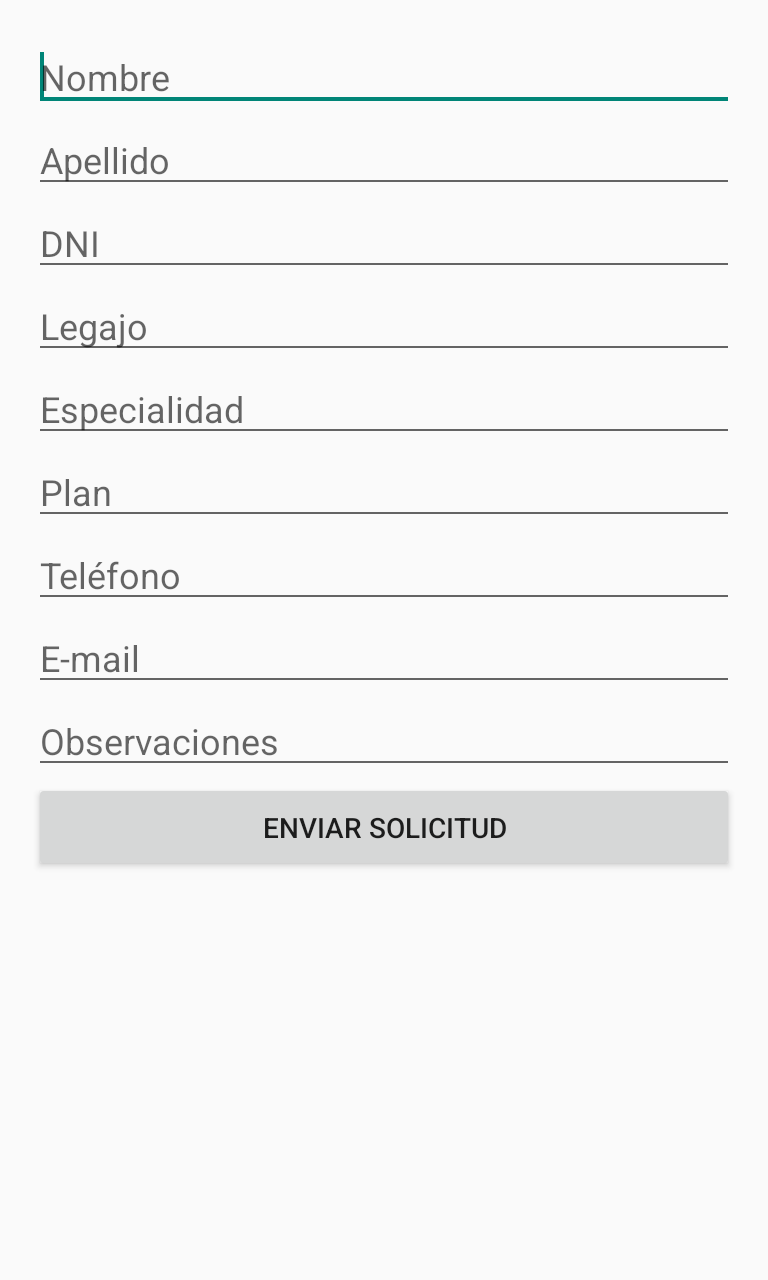
Repository: juanpablobono/Sysacadalumnos
Layout: Sysacad/res/layout/activity_tramite_cambio_especialidad.xml
The author's editor kept a copy of each file at every save. The layout is drawn from the files as they stood at one save, then again after the next save.
It is drawn on a 768 x 1280 px phone screen (xhdpi) without system bars, with theme temaSysacad; the app's code is not run.

Above is the layout before, as saved 2014-07-03 19:39:45.

### Sysacad/res/layout/activity_tramite_cambio_especialidad.xml
<RelativeLayout xmlns:android="http://schemas.android.com/apk/res/android"
    xmlns:tools="http://schemas.android.com/tools"
    android:layout_width="match_parent"
    android:layout_height="match_parent"
    android:paddingBottom="@dimen/activity_vertical_margin"
    android:paddingLeft="@dimen/activity_horizontal_margin"
    android:paddingRight="@dimen/activity_horizontal_margin"
    android:paddingTop="@dimen/activity_vertical_margin"
    tools:context=".TramiteCambioEspecialidad" >

    <ScrollView
               android:id="@+id/scrollView1"
               android:layout_width="fill_parent"
               android:layout_height="fill_parent"
               android:layout_alignParentTop="true" >

        <RelativeLayout
            android:layout_width="fill_parent"
            android:layout_height="fill_parent" >

            <EditText
                android:id="@+id/textNombre"
                android:layout_width="fill_parent"
                android:layout_height="wrap_content"
                android:layout_weight="1"
                android:layout_alignParentTop="true"
                android:ems="10"
                android:imeOptions="actionNext"
                android:hint="@string/nombre" >

                <requestFocus />
            </EditText>

            <EditText
                android:id="@+id/textApellido"
                android:layout_width="fill_parent"
                android:layout_height="wrap_content"
                android:layout_weight="1"
                android:layout_below="@+id/textNombre"
                android:ems="10"
                android:imeOptions="actionNext"
                android:hint="@string/apellido"
                android:inputType="text" />

            <EditText
                android:id="@+id/textDni"
                android:layout_width="fill_parent"
                android:layout_height="wrap_content"
                android:layout_weight="1"
                android:layout_below="@+id/textApellido"
                android:ems="10"
                android:imeOptions="actionNext"
                android:hint="@string/dni"
                android:inputType="number" />

            <EditText
                android:id="@+id/textLegajo"
                android:layout_width="fill_parent"
                android:layout_height="wrap_content"
                android:layout_weight="1"
				android:layout_below="@+id/textDni"
                android:ems="10"
                android:imeOptions="actionNext"
                android:hint="@string/legajo"
                android:inputType="number" />

            <EditText
                android:id="@+id/textEspecialidad"
                android:layout_width="fill_parent"
                android:layout_height="wrap_content"
                android:layout_weight="1"
                android:layout_below="@+id/textLegajo"
                android:ems="10"
                android:imeOptions="actionNext"
                android:inputType="text"
                android:hint="@string/especialidad" />

            <EditText
                android:id="@+id/textPlan"
                android:layout_width="fill_parent"
                android:layout_height="wrap_content"
                android:layout_weight="1"
                android:layout_below="@+id/textEspecialidad"
                android:ems="10"
                android:imeOptions="actionNext"
                android:hint="@string/plan"
                android:inputType="number" />

            <EditText
                android:id="@+id/textAsignaturas"
                android:layout_width="fill_parent"
                android:layout_height="wrap_content"
                android:layout_weight="1"
                android:layout_below="@+id/textPlan"
                android:inputType="number"
                android:ems="10"
                android:imeOptions="actionNext"
                android:hint="@string/telefono" />

            <EditText
                android:id="@+id/textEmail"
                android:layout_width="fill_parent"
                android:layout_height="wrap_content"
                android:layout_weight="1"
                android:layout_below="@+id/textAsignaturas"
                android:inputType="textEmailAddress"
                android:ems="10"
                android:imeOptions="actionNext"
                android:hint="@string/email" />

            <EditText
                android:id="@+id/textObservaciones"
                android:layout_width="fill_parent"
                android:layout_height="wrap_content"
                android:layout_weight="3"
                android:layout_below="@+id/textEmail"
                android:ems="10"
                android:hint="@string/observaciones" />

            <Button
                android:id="@+id/buttonEnviar"
                android:layout_width="fill_parent"
                android:layout_height="wrap_content"
                android:layout_below="@+id/textObservaciones"
                android:layout_weight="1"
                android:text="@string/enviarSolicitud" />

            </RelativeLayout>
            </ScrollView>

</RelativeLayout>

### Sysacad/res/values/styles.xml
<resources xmlns:android="http://schemas.android.com/apk/res/android">

    <!--
        Base application theme, dependent on API level. This theme is replaced
        by AppBaseTheme from res/values-vXX/styles.xml on newer devices.

         <item name="android:background">@color/background_activities</item>
    -->

    <!-- the theme applied to the application or activity -->

    <style name="temaSysacad" parent="@style/Theme.AppCompat.Light.DarkActionBar">

    </style>

</resources>

### Sysacad/res/values/dimens.xml
<resources>

    <!-- Default screen margins, per the Android Design guidelines. -->
    <dimen name="activity_horizontal_margin">16dp</dimen>
    <dimen name="activity_vertical_margin">16dp</dimen>
    <dimen name="activity_small_padding">4dp</dimen>
    <dimen name="textView_version">25dp</dimen>
    <dimen name="tamanio_texto_descripcion">12dip</dimen>
    <dimen name="tamanio_texto_titulo">14dip</dimen>

</resources>

### Sysacad/res/values/strings.xml
<?xml version="1.0" encoding="utf-8"?>
<resources>

    <string name="app_name">SYSACAD</string>
    <string name="action_settings">Settings</string>

    <string name="title_activity_login">Identificación</string>
    <string name="title_activity_notificaciones">Notificaciones</string>
    <string name="title_activity_datos_personales">Datos personales</string>
    <string name="title_activity_calendario">Calendario</string>
    <string name="title_activity_consultas">Consultas</string>
    <string name="title_activity_informacion_extra">Información extra</string>
    <string name="title_activity_tramites">Trámites</string>
    <string name="title_activity_solicitar_certificados">Solicitar certificados</string>
    <string name="title_activity_notas_parciales">Notas de parciales</string>
    <string name="title_activity_inscripcion_examen">Inscripción a examen</string>
    <string name="title_activity_inscripcion_cursado">Inscripción a cursado</string>
    <string name="title_activity_actividades_tramites">Trámites</string>
    <string name="title_activity_actividades_tramites_titulo">Título profesional</string>
    <string name="title_activity_tramite_cambio_especialidad">Cambio de especialidad</string>
    <string name="title_activity_tramite_pase_facultad">Pase a otra facultad</string>
    <string name="title_activity_tramite_titulo_profesional">Título profesional</string>
    <string name="title_activity_configuracion">Configuración</string>
    <string name="title_activity_solicitar_certificado">Solicitar certificados</string>
    <string name="title_activity_tramite_mesa_examen">Mesa especial de examen</string>

    <string name="nombre">Nombre</string>
    <string name="apellido">Apellido</string>
    <string name="dni">DNI</string>
    <string name="contrasenia">Contraseña</string>
    <string name="legajo">Legajo</string>
    <string name="especialidad">Especialidad</string>
    <string name="plan">Plan</string>
    <string name="asignatura">Asignatura/s</string>
    <string name="telefono">Teléfono</string>
    <string name="email">E-mail</string>

    <string name="observaciones">Observaciones</string>
    <string name="enviarSolicitud">Enviar solicitud</string>
    <string name="tituloSolicitado">Título solicitado</string>
    <string name="lugarNacimiento">Lugar de nacimiento</string>
    <string name="fechaNacimiento">Fecha de nacimiento (DD/MM/AAAA)</string>
    <string name="domicilio">Domicilio</string>
    <string name="especialidadDestino">Especialidad destino</string>
    <string name="facultadDestino">Facultad destino</string>
    <string name="razonesPase">Razones del pase</string>
    <string name="curso">Curso</string>
    <string name="entidad">Ante quien se presenta</string>
    <string name="enviar">Enviar</string>
    <string name="guardar">Guardar</string>
    <string name="sincronizar">Sincronizar</string>
    <string name="ingresar">Ingresar</string>
    <string name="aceptar">Aceptar</string>
    <string name="cursado">Inicio y fin de cuatrimestres</string>
    <string name="cursadoPrimero">Inicio y fin de cuatrimestres (Primer año)</string>
    <string name="feriados">Feriados</string>
    <string name="recesos">Recesos</string>
    <string name="finales">Exámenes finales</string>
	<string name="primer_nivel">1º Nivel</string>
	<string name="segundo_nivel">2º Nivel</string>
	<string name="tercer_nivel">3º Nivel</string>
	<string name="cuarto_nivel">4º Nivel</string>
	<string name="quinto_nivel">5º Nivel</string>
	<string name="sexto_nivel">6º Nivel</string>
	<string name="cancelar">Cancelar</string>

	<string name="datos_personales">Datos personales</string>
	<string name="notificaciones">Notificaciones</string>
	<string name="version">Versión 1.0</string>
	<string name="ingresando">Ingresando...</string>

	<string name="cargando">Cargando notificaciones...</string>
</resources>

After the next save:
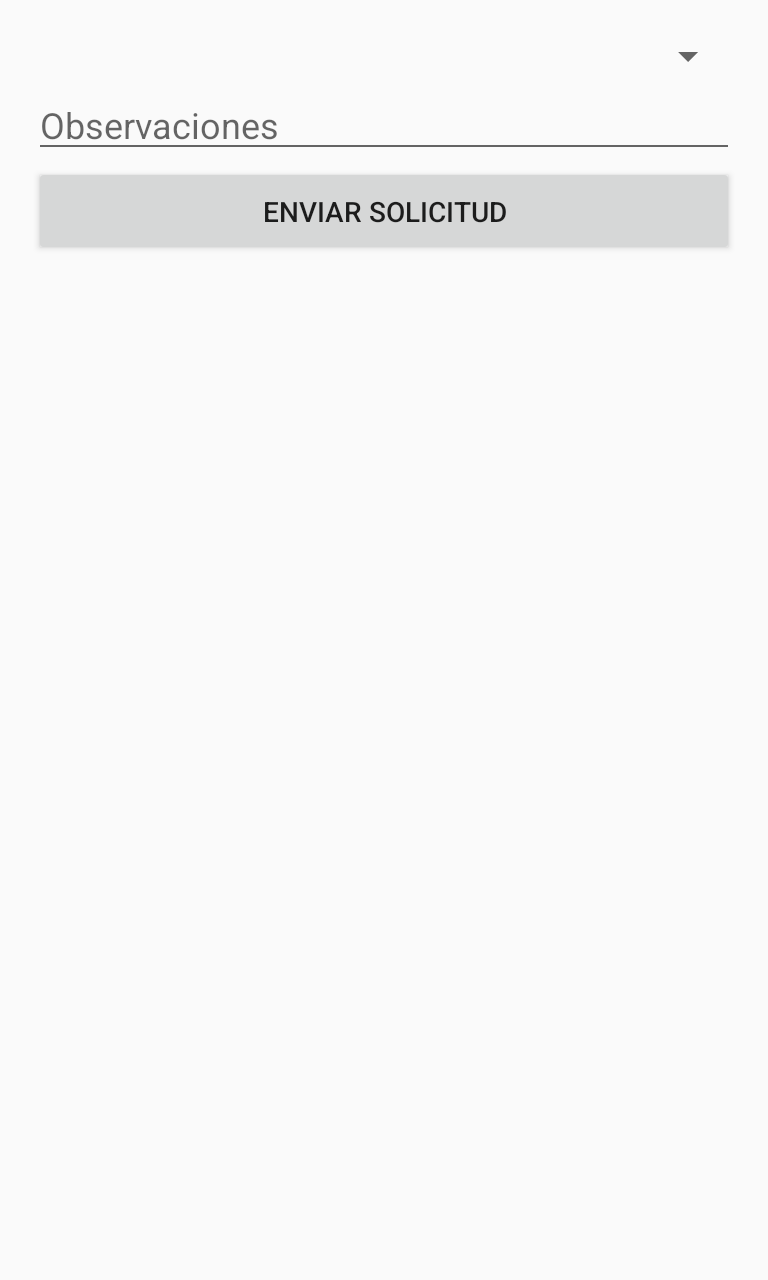
Saved 5 min 9 s later.
--- a/Sysacad/res/layout/activity_tramite_cambio_especialidad.xml
+++ b/Sysacad/res/layout/activity_tramite_cambio_especialidad.xml
@@ -9,111 +9,27 @@
     tools:context=".TramiteCambioEspecialidad" >
 
     <ScrollView
-               android:id="@+id/scrollView1"
-               android:layout_width="fill_parent"
-               android:layout_height="fill_parent"
-               android:layout_alignParentTop="true" >
+        android:id="@+id/scrollView1"
+        android:layout_width="fill_parent"
+        android:layout_height="fill_parent"
+        android:layout_alignParentTop="true" >
 
         <RelativeLayout
             android:layout_width="fill_parent"
             android:layout_height="fill_parent" >
 
-            <EditText
-                android:id="@+id/textNombre"
-                android:layout_width="fill_parent"
+            <Spinner
+                android:id="@+id/spinner_carreras_cambio_especialidad"
+                android:layout_width="match_parent"
                 android:layout_height="wrap_content"
-                android:layout_weight="1"
-                android:layout_alignParentTop="true"
-                android:ems="10"
-                android:imeOptions="actionNext"
-                android:hint="@string/nombre" >
-
-                <requestFocus />
-            </EditText>
-
-            <EditText
-                android:id="@+id/textApellido"
-                android:layout_width="fill_parent"
-                android:layout_height="wrap_content"
-                android:layout_weight="1"
-                android:layout_below="@+id/textNombre"
-                android:ems="10"
-                android:imeOptions="actionNext"
-                android:hint="@string/apellido"
-                android:inputType="text" />
-
-            <EditText
-                android:id="@+id/textDni"
-                android:layout_width="fill_parent"
-                android:layout_height="wrap_content"
-                android:layout_weight="1"
-                android:layout_below="@+id/textApellido"
-                android:ems="10"
-                android:imeOptions="actionNext"
-                android:hint="@string/dni"
-                android:inputType="number" />
-
-            <EditText
-                android:id="@+id/textLegajo"
-                android:layout_width="fill_parent"
-                android:layout_height="wrap_content"
-                android:layout_weight="1"
-				android:layout_below="@+id/textDni"
-                android:ems="10"
-                android:imeOptions="actionNext"
-                android:hint="@string/legajo"
-                android:inputType="number" />
-
-            <EditText
-                android:id="@+id/textEspecialidad"
-                android:layout_width="fill_parent"
-                android:layout_height="wrap_content"
-                android:layout_weight="1"
-                android:layout_below="@+id/textLegajo"
-                android:ems="10"
-                android:imeOptions="actionNext"
-                android:inputType="text"
-                android:hint="@string/especialidad" />
-
-            <EditText
-                android:id="@+id/textPlan"
-                android:layout_width="fill_parent"
-                android:layout_height="wrap_content"
-                android:layout_weight="1"
-                android:layout_below="@+id/textEspecialidad"
-                android:ems="10"
-                android:imeOptions="actionNext"
-                android:hint="@string/plan"
-                android:inputType="number" />
-
-            <EditText
-                android:id="@+id/textAsignaturas"
-                android:layout_width="fill_parent"
-                android:layout_height="wrap_content"
-                android:layout_weight="1"
-                android:layout_below="@+id/textPlan"
-                android:inputType="number"
-                android:ems="10"
-                android:imeOptions="actionNext"
-                android:hint="@string/telefono" />
-
-            <EditText
-                android:id="@+id/textEmail"
-                android:layout_width="fill_parent"
-                android:layout_height="wrap_content"
-                android:layout_weight="1"
-                android:layout_below="@+id/textAsignaturas"
-                android:inputType="textEmailAddress"
-                android:ems="10"
-                android:imeOptions="actionNext"
-                android:hint="@string/email" />
+                android:layout_alignParentTop="true" />
 
             <EditText
                 android:id="@+id/textObservaciones"
                 android:layout_width="fill_parent"
                 android:layout_height="wrap_content"
+                android:layout_below="@+id/spinner_carreras_cambio_especialidad"
                 android:layout_weight="3"
-                android:layout_below="@+id/textEmail"
                 android:ems="10"
                 android:hint="@string/observaciones" />
 
@@ -124,8 +40,7 @@
                 android:layout_below="@+id/textObservaciones"
                 android:layout_weight="1"
                 android:text="@string/enviarSolicitud" />
-
-            </RelativeLayout>
-            </ScrollView>
+        </RelativeLayout>
+    </ScrollView>
 
 </RelativeLayout>
